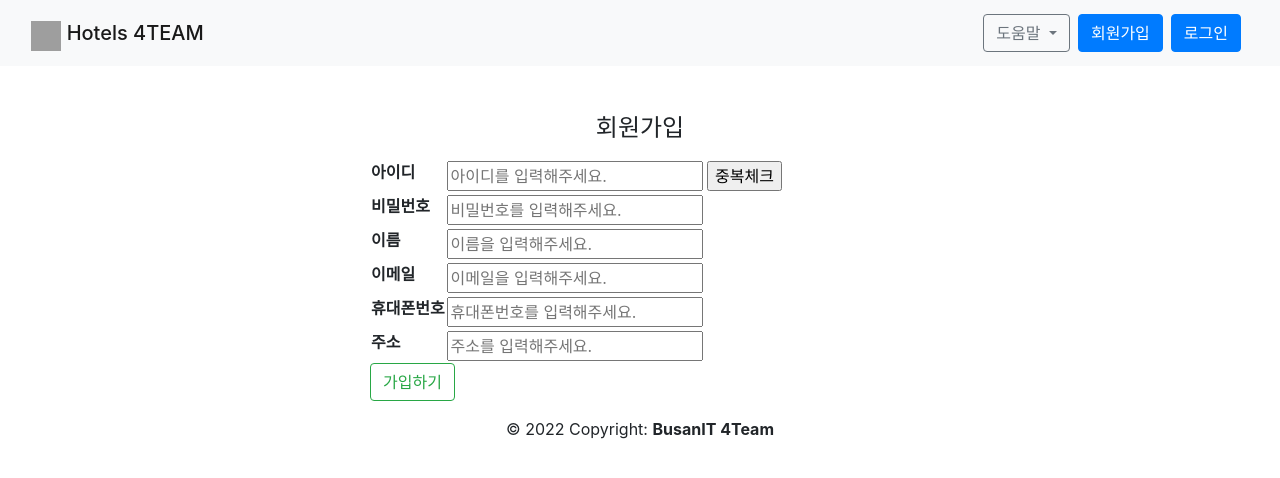
Repository: ShinKioh/Hotel_project
Page: http://localhost/HOTEL/register.jsp
The author's editor kept a copy of each file at every save. The page is drawn from the files as they stood at one save, then again after the next save.
The browser window is 1280 px wide. The pictures show the whole page.
Pictures or frames that could not be fetched are drawn as grey boxes. The page is served by Tomcat 9.

Above is the page before, as saved 2022-02-23 02:42:31.

After the next save:
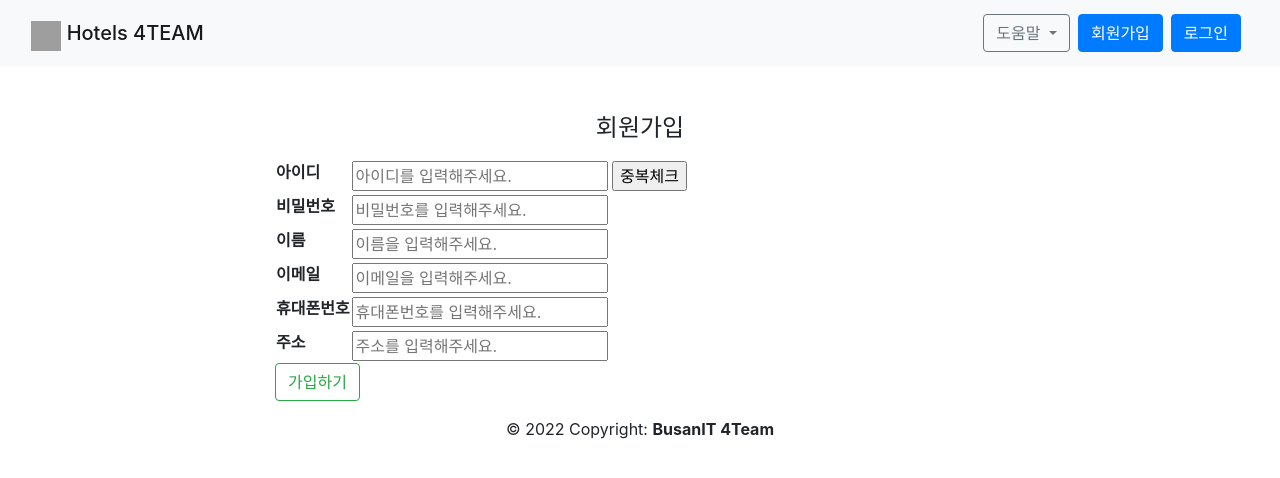
Saved 14 s later.
--- a/HOTEL/WebContent/register.jsp
+++ b/HOTEL/WebContent/register.jsp
@@ -36,7 +36,7 @@
 	</header>
 	<div class="container">
 		<div class="row mt-5">
-			<div class="col-md-6 mx-auto">
+			<div class="col-md-8 mx-auto">
 				<h4 class="text-center mb-3">회원가입</h4>
 				<form action="<%=request.getContextPath()%>/register" method="post">
 					<div class="form-group">
